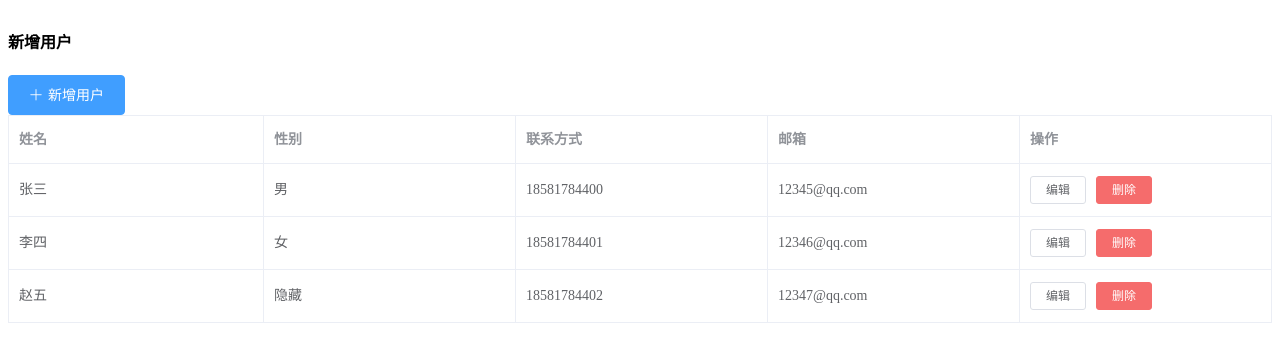
Repository: xinwuhao/New-user
Page: /
An editor plug-in stored every save of this project. The page is shown before and after a run of saves, followed by the edit.
The browser window is 1280 px wide. The pictures show the whole page.
The project was rebuilt for these pictures with package versions that can differ from the ones it lists, and the page was loaded fresh each time.

Above is the page before, as saved 2021-12-21 16:04:09.

### src/main.js
import Vue from 'vue'
import App from './App.vue'
import router from './router'
import store from './store'
import ElementUI from 'element-ui';
import 'element-ui/lib/theme-chalk/index.css';

Vue.use(ElementUI);
Vue.config.productionTip = false

new Vue({
  router,
  store,
  el: '#app',
  render: h => h(App)
}).$mount('#app')

### src/views/Home.vue
<template>
  <div class="container">
    <div class="content">
      <h4>新增用户</h4>
      <div class="flex">
        <el-button
          type="primary"
          icon="el-icon-plus"
          @click="dialogVisible = true"
          >新增用户</el-button
        >

      </div>
      <!-- 用户列表 -->
      <div>
        <el-table :data="list" border style="width: 100%">
          <el-table-column prop="name" label="姓名"> </el-table-column>
          <el-table-column prop="sex" label="性别"> </el-table-column>
          <el-table-column prop="contact" label="联系方式"> </el-table-column>
          <el-table-column prop="mailbox" label="邮箱"> </el-table-column>
          <el-table-column label="操作">
            <template slot-scope="scope">
              <el-button size="mini" @click="Edit(scope.$index, scope.row)"
                >编辑</el-button
              >
              <el-button
                size="mini"
                type="danger"
                @click="Delete(scope.$index, scope.row)"
                >删除</el-button
              >
            </template>
          </el-table-column>
        </el-table>
      </div>
      <!-- 新增内容弹出层 -->
      <el-dialog title="提示" :visible.sync="dialogVisible" width="30%">
        <el-form
          :model="ruleForm"
          :rules="rules"
          ref="ruleForm"
          label-width="100px"
          class="demo-ruleForm"
        >
          <el-form-item label="名称" prop="name">
            <el-input v-model="ruleForm.name"></el-input>
          </el-form-item>
          <el-form-item label="性别" prop="sex">
            <el-radio-group
              v-model="ruleForm.sex"
              v-for="(item, index) in sex"
              :key="index"
            >
              <el-radio :label="item" style="margin-right: 10px"></el-radio>
            </el-radio-group>
          </el-form-item>
          <el-form-item label="手机号码" prop="contact">
            <el-input v-model="ruleForm.contact"></el-input>
          </el-form-item>
          <el-form-item label="邮箱" prop="mailbox">
            <el-input v-model="ruleForm.mailbox"></el-input>
          </el-form-item>
          <el-form-item>
            <el-button type="primary" @click="submitForm('ruleForm')"
              >立即新增</el-button
            >
            <el-button @click="resetForm('ruleForm')">取消</el-button>
          </el-form-item>
        </el-form>
      </el-dialog>
    </div>
  </div>
</template>

<script>
//引入子组件

export default {
  name: "",
  props: {},
  data() {
    return {
      dialogVisible: false,
      input: "",
      list: [
        {
          name: "张三",
          sex: "男",
          contact: "18581784400",
          mailbox: "12345@qq.com",
        },
        {
          name: "李四",
          sex: "女",
          contact: "18581784401",
          mailbox: "12346@qq.com",
        },
        {
          name: "赵五",
          sex: "隐藏",
          contact: "18581784402",
          mailbox: "12347@qq.com",
        },
      ],
      sex: ["隐藏", "男", "女"],
      ruleForm: {
        name: "",
        sex: "",
        contact: "",
        mailbox: "",
      },
      rules: {
        name: [
          { required: true, message: "请输入用户名称", trigger: "blur" },
          { min: 1, max: 5, message: "长度在 1 到 5 个字符", trigger: "blur" },
        ],
        contact: [
          { required: true, message: "请输入手机号码", trigger: "blur" },
          { min: 11, max: 11, message: "输入的手机号码有误", trigger: "blur" },
          {
            pattern:
              /^(?:(?:\+|00)86)?1(?:(?:3[\d])|(?:4[5-79])|(?:5[0-35-9])|(?:6[5-7])|(?:7[0-8])|(?:8[\d])|(?:9[189]))\d{8}$/,
            message: "输入的手机号码有误",
            trigger: "blur",
          },
        ],
        mailbox: [
          { required: true, message: "请输入邮箱", trigger: "blur" },
          {
            pattern:
              /^(([^<>()[\]\\.,;:\s@"]+(\.[^<>()[\]\\.,;:\s@"]+)*)|(".+"))@((\[[0-9]{1,3}\.[0-9]{1,3}\.[0-9]{1,3}\.[0-9]{1,3}\])|(([a-zA-Z\-0-9]+\.)+[a-zA-Z]{2,}))$/,
            message: "输入的邮箱有误",
            trigger: "blur",
          },
        ],
        sex: [{ required: true, message: "性别", trigger: "change" }],
      },
    };
  },
  components: {},
  methods: {
    //表单创建按钮
    submitForm(formName) {
      this.$refs[formName].validate((valid) => {
        if (valid) {
          this.$message.success("新增成功");
          this.dialogVisible = false;
          this.list.unshift(this.ruleForm);
          console.log(this.list);
        } else {
          this.$message.error("您还有信息没有填写或者填写的信息有误");
          return false;
        }
      });
    },
    //表单取消按钮
    resetForm(formName) {
      this.$refs[formName].resetFields();
      this.dialogVisible = false;
    },
    //编辑
    Edit(index, row) {
      console.log(index, row);
    },
    //删除
    Delete(index, row) {
      console.log(index, row);
    },
  },
  mounted() {},
  computed: {},
  watch: {},
};
</script>

<style lang='scss' scoped>
.container {
  display: flex;
  justify-content: center;
}
.content {
  width: 1450px;
  /* 注意适配的宽度必须大于最小适配宽度 */
}
.flex {
  display: flex;
}
</style>

Loaded but not shown: public/index.html (common file); src/App.vue (common file); src/router/index.js (common file); src/store/index.js (common file)

After the next 2 saves:
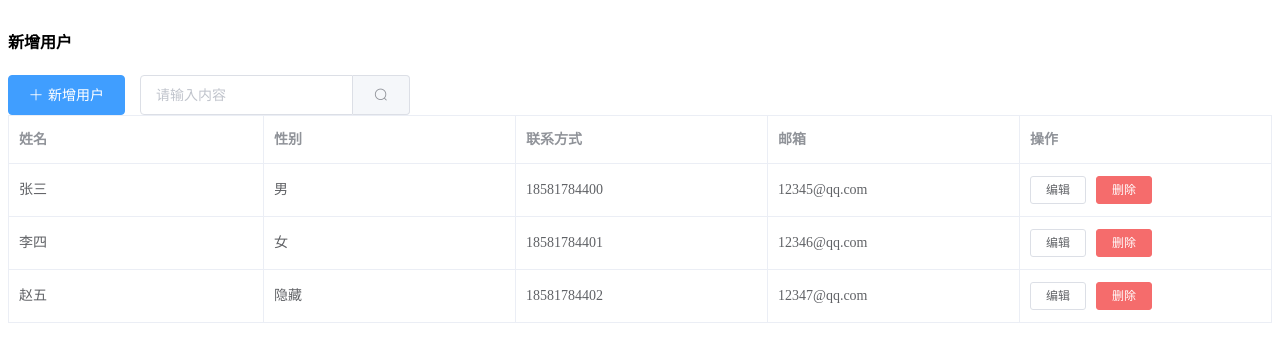
The 2 saves are shown as one change because they came seconds apart.
The last was saved 6 s later.
--- a/src/views/Home.vue
+++ b/src/views/Home.vue
@@ -9,7 +9,11 @@
           @click="dialogVisible = true"
           >新增用户</el-button
         >
-
+        <div style="margin-left: 15px">
+          <el-input placeholder="请输入内容" v-model="input">
+            <el-button slot="append" icon="el-icon-search"></el-button>
+          </el-input>
+        </div>
       </div>
       <!-- 用户列表 -->
       <div>
